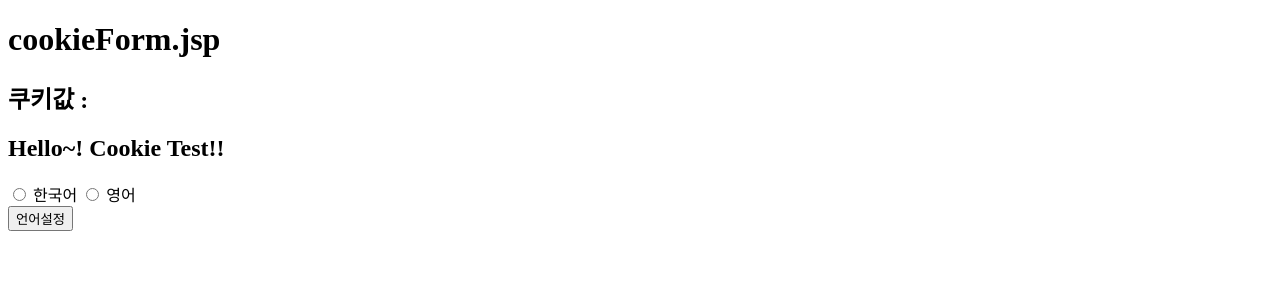
Repository: HeeYoung9/young9
Page: http://localhost/JSP7/jsp/cookieForm.jsp
An editor plug-in stored every save of this project. The page is shown before and after a run of saves, followed by the edit.
The browser window is 1280 px wide. The pictures show the whole page.
The page is served by Tomcat 9.

Above is the page before, as saved 2023-08-25 01:16:41.

### JSP7/src/main/webapp/jsp/cookieForm.jsp
<%@ page language="java" contentType="text/html; charset=UTF-8"
    pageEncoding="UTF-8"%>
<!DOCTYPE html>
<html>
<head>
<meta charset="UTF-8">
<title>cookieForm.jsp</title>
</head>
<body>

<h1>cookieForm.jsp</h1>
<!-- 설정된 언어값을 사용해서 메세지 출력
	한국어(kor) - "안녕하세요! 쿠키 테스트 입니다!"
	영어(eng) - "Hello~! Cookie Test!!"
 -->
<%
	Cookie[] cookies = request.getCookies();
	String value = "";

	if(cookies != null){
		for(int i=0; i<cookies.length; i++){
			if(cookies[i].getName().equals("lang")){
				value = cookies[i].getValue();
			}
		}
	}

%>

<h2> 쿠키값 : <%= value %> </h2>

<%
	if(value.equals("kor")){
		%>
		<h2> 안녕하세요! 쿠키 테스트 입니다! </h2>
		<%
	}else{
%>
		<h2> Hello~! Cookie Test!! </h2>
		<%
		}
		%>
<!-- action속성값이 없을 경우 자신의 페이지 호출 -->

<form action="cookiePro.jsp" method="get" >
	<input type="radio" name="language" value="kor"> 한국어
	<input type="radio" name="language" value="eng"> 영어 <br>
	<input type="submit" value="언어설정">

</form>



</body>
</html>

After the next 2 saves:
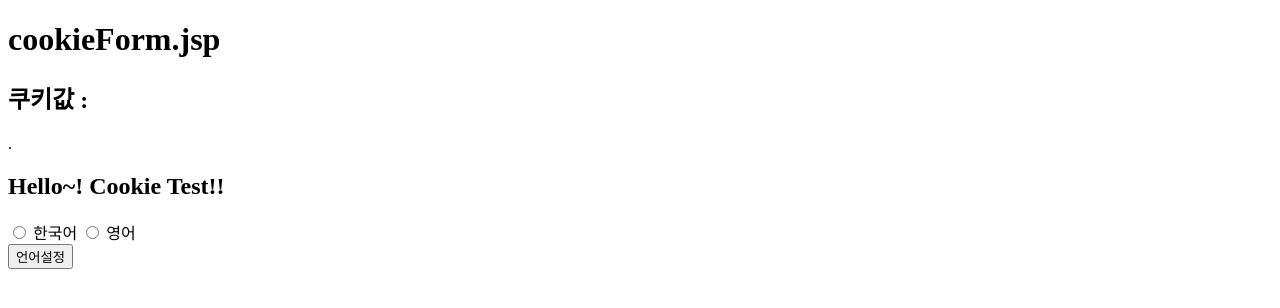
The 2 saves are shown as one change because 1 did not build or start.
The last was saved 2 min 7 s later.
--- a/JSP7/src/main/webapp/jsp/cookieForm.jsp
+++ b/JSP7/src/main/webapp/jsp/cookieForm.jsp
@@ -34,11 +34,10 @@
 		%>
 		<h2> 안녕하세요! 쿠키 테스트 입니다! </h2>
 		<%
-	}else{
-%>
+	}else{ %>
+	.
 		<h2> Hello~! Cookie Test!! </h2>
-		<%
-		}
+	<%}
 		%>
 <!-- action속성값이 없을 경우 자신의 페이지 호출 -->
 
